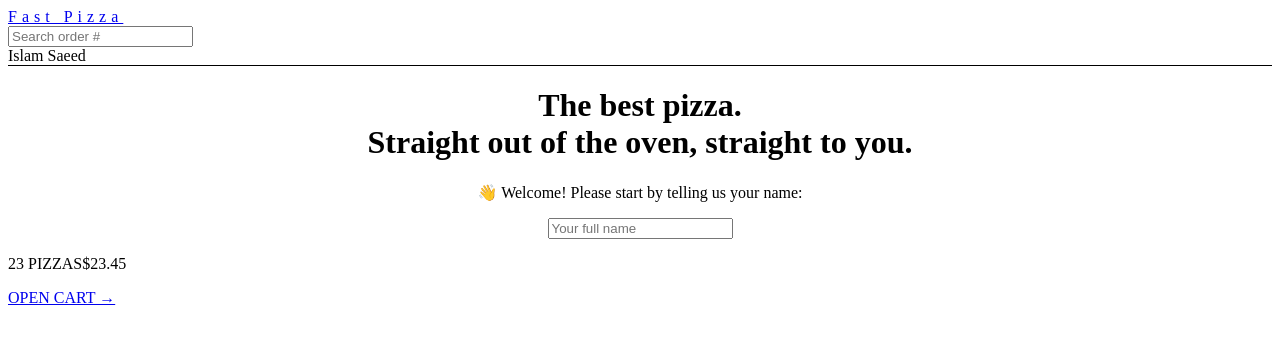
Repository: islamsaeedDev/ecommerce-cash-on-deliver-pizza-store
Page: /
An editor plug-in stored every save of this project. The page is shown before and after the next save, followed by the edit.
The browser window is 1280 px wide. The pictures show the whole page.
The project was rebuilt for these pictures with package versions that can differ from the ones it lists, and the page was loaded fresh each time. Also part of the build but not shown: vite.config.js, src/ui/Error.jsx, src/services/apiRestaurant.js, src/utils/helpers.js, src/features/menu/MenuItem.jsx, src/features/menu/Menu.jsx, src/features/cart/Cart.jsx, src/features/order/Order.jsx and 1 more. Imported but missing from the stored project, and not drawn on this page: src/features/order/CreateOrder.

Above is the page before, as saved 2025-10-22 10:03:11.

### index.html
<!doctype html>
<html lang="en">
  <head>
    <meta charset="UTF-8" />
    <link rel="icon" type="image/svg+xml" href="/vite.svg" />
    <meta name="viewport" content="width=device-width, initial-scale=1.0" />

    <title>Vite + React</title>
  </head>
  <body class="bg-stone-100 text-stone-700">
    <div id="root"></div>
    <script type="module" src="/src/main.jsx"></script>
  </body>
</html>

### src/App.jsx
import { createBrowserRouter, RouterProvider } from "react-router-dom";
import Home from "./ui/Home";
import Error from "./ui/Error";
import Menu, { loader as menuLoader } from "./features/menu/Menu";

import Cart from "./features/cart/Cart";
import CreateOrder, {
  action as createOrderAction,
} from "./features/order/CreateOrder";
import Order, { loader as orderLoader } from "./features/order/Order";
import AppLayout from "./ui/AppLayout";

const router = createBrowserRouter([
  {
    element: <AppLayout />,
    errorElement: <Error />,
    children: [
      {
        path: "/",
        element: <Home />,
      },
      {
        path: "/menu",
        element: <Menu />,
        loader: menuLoader,
        errorElement: <Error />,
      },
      { path: "/cart", element: <Cart /> },
      {
        path: "/order/new",
        element: <CreateOrder />,
        action: createOrderAction,
      },
      {
        path: "/order/:orderId",
        element: <Order />,
        loader: orderLoader,
        errorElement: <Error />,
      },
    ],
  },
]);

function App() {
  return <RouterProvider router={router} />;
}

export default App;

### src/index.css
@tailwind base;
@tailwind components;
@tailwind utilities;
/* body {
  font-family: system-ui, -apple-system, BlinkMacSystemFont, "Segoe UI", Roboto,
    Oxygen, Ubuntu, Cantarell, "Open Sans", "Helvetica Neue", sans-serif;
  background-color: #f7f7f7;
  color: #444;
}

.layout {
  display: grid;
  grid-template-rows: auto 1fr auto;
  gap: 32px;
  height: 100dvh;
} */

/* https://dev.to/afif/i-made-100-css-loaders-for-your-next-project-4eje */
.loader {
  width: 45px;
  aspect-ratio: 0.75;
  --c: no-repeat linear-gradient(#333 0 0);
  background: var(--c) 0% 50%, var(--c) 50% 50%, var(--c) 100% 50%;
  background-size: 20% 50%;
  animation: loading 1s infinite linear;
}

@keyframes loading {
  20% {
    background-position: 0% 0%, 50% 50%, 100% 50%;
  }
  40% {
    background-position: 0% 100%, 50% 0%, 100% 50%;
  }
  60% {
    background-position: 0% 50%, 50% 100%, 100% 0%;
  }
  80% {
    background-position: 0% 50%, 50% 50%, 100% 100%;
  }
}

### src/ui/Home.jsx
import CreateUser from '../features/user/CreateUser';

function Home() {
  return (
    <div className="my-10 text-center">
      <h1 className="mb-8 text-3xl font-semibold">
        The best pizza.
        <br />
        <span className="text-fuchsia-500">
          Straight out of the oven, straight to you.
        </span>
      </h1>

      <CreateUser />
    </div>
  );
}

export default Home;

### src/ui/AppLayout.jsx
import { Outlet, useNavigation } from 'react-router-dom';
import CartOverview from '../features/cart/CartOverview';
import Header from './Header';
import Loader from './Loader';

function AppLayout() {
  const navigation = useNavigation();

  const isLoading = navigation.state === 'loading';

  return (
    <div className="layout">
      {isLoading && <Loader />}
      <Header />
      <main>
        <Outlet />
      </main>

      <CartOverview />
    </div>
  );
}

export default AppLayout;

### src/features/user/CreateUser.jsx
import { useState } from 'react';

function CreateUser() {
  const [username, setUsername] = useState('');

  function handleSubmit(e) {
    e.preventDefault();
  }

  return (
    <form onSubmit={handleSubmit}>
      <p className="mb-4 text-sm text-stone-600 md:text-base">
        👋 Welcome! Please start by telling us your name:
      </p>

      <input
        className="w-72"
        type="text"
        placeholder="Your full name"
        value={username}
        onChange={(e) => setUsername(e.target.value)}
      />

      {username !== '' && (
        <div>
          <button>Start ordering</button>
        </div>
      )}
    </form>
  );
}

export default CreateUser;

### src/features/cart/CartOverview.jsx
import { Link } from 'react-router-dom';

function CartOverview() {
  return (
    <div className="bg-stone-800 p-4 px-4 text-sm uppercase text-stone-200 sm:px-6 md:text-base">
      <p className="space-x-4 font-semibold text-stone-300 sm:space-x-6">
        <span>23 pizzas</span>
        <span>$23.45</span>
      </p>
      <Link to="/cart">Open cart &rarr;</Link>
    </div>
  );
}

export default CartOverview;

### src/ui/Header.jsx
import { Link } from 'react-router-dom';
import SearchOrder from '../features/order/SearchOrder';
import Username from '../features/user/Username';

function Header() {
  return (
    <header className="uppcase border-b border-stone-200 bg-fuchsia-500 px-4 py-3 sm:px-6">
      <Link className="tracking-[5px]" to="/">
        Fast Pizza
      </Link>
      {/* <Link to="/menu">Menu</Link>
      <Link to="/cart">Cart</Link>
      <Link to="/order/new">Order pizzas</Link>
      <Link to="/order">Orders</Link> */}
      <SearchOrder />
      <Username />
    </header>
  );
}

export default Header;

### src/features/order/SearchOrder.jsx
import { useState } from "react";
import { useNavigate } from "react-router-dom";

function SearchOrder() {
  const [query, setQuery] = useState();
  const navigate = useNavigate();

  const handleSubmit = (e) => {
    e.preventDefault();
    if (!query) return;
    navigate(`/order/${query}`);
    setQuery("");
  };

  return (
    <form onSubmit={handleSubmit}>
      <input
        placeholder="Search order #"
        value={query}
        onChange={(e) => setQuery(e.target.value)}
      />
    </form>
  );
}

export default SearchOrder;

### src/features/user/Username.jsx
function Username() {
  return <div className="hiddenfont-semibold text-sm">Islam Saeed</div>;
}

export default Username;

Loaded but not shown: src/main.jsx (common file)

After the next save:
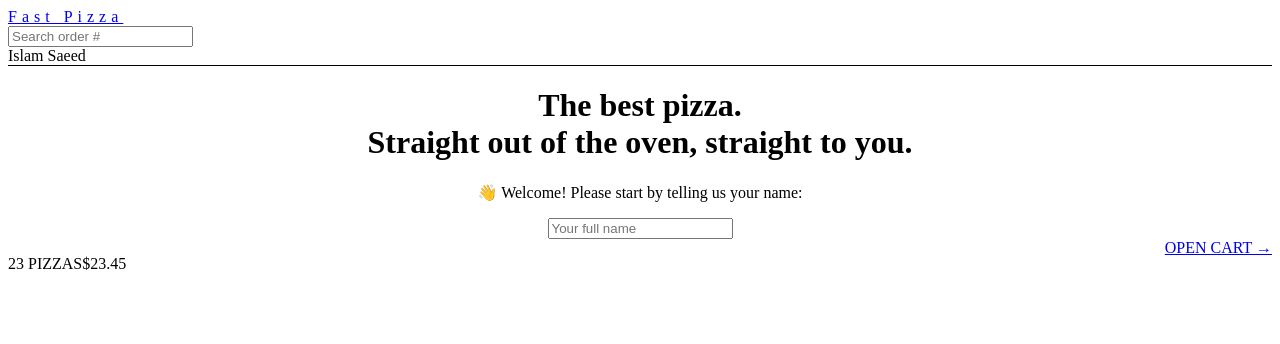
Saved 61 min 27 s later.
--- a/src/features/cart/CartOverview.jsx
+++ b/src/features/cart/CartOverview.jsx
@@ -2,7 +2,7 @@ import { Link } from 'react-router-dom';
 
 function CartOverview() {
   return (
-    <div className="bg-stone-800 p-4 px-4 text-sm uppercase text-stone-200 sm:px-6 md:text-base">
+    <div className="flex justify-between bg-stone-800 p-4 px-4 text-sm uppercase text-stone-200 sm:px-6 md:text-base">
       <p className="space-x-4 font-semibold text-stone-300 sm:space-x-6">
         <span>23 pizzas</span>
         <span>$23.45</span>
